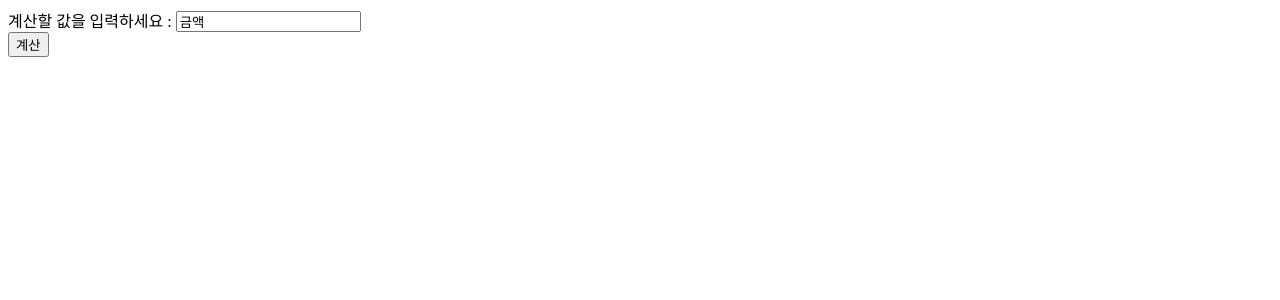
Repository: redi961/JSP_Studying
Page: http://localhost/MustHaveJSP/Exam/Money.jsp
These files come from the project's save history. The page is drawn as it stood at one moment and after the next save; the edit follows.
The browser window is 1280 px wide. The pictures show the whole page.
The page is served by Tomcat 9.

Above is the page before, as saved 2022-10-11 03:23:07.

After the next save:
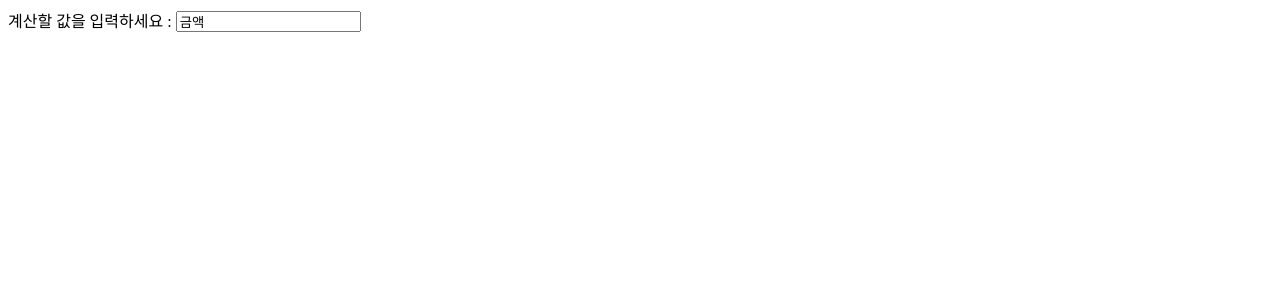
Saved 2 min 24 s later.
--- a/MustHaveJSP/src/main/webapp/Exam/Money.jsp
+++ b/MustHaveJSP/src/main/webapp/Exam/Money.jsp
@@ -10,7 +10,7 @@
 <body>
 	<form action="ResultMoney.jsp" method="post">
 		계산할 값을 입력하세요 : <input type ="text" name="money" value="금액" /> <br/>
-		<input type ="submit" value="계산" />
+
 	</form>
 
 </body>

After the save that followed:
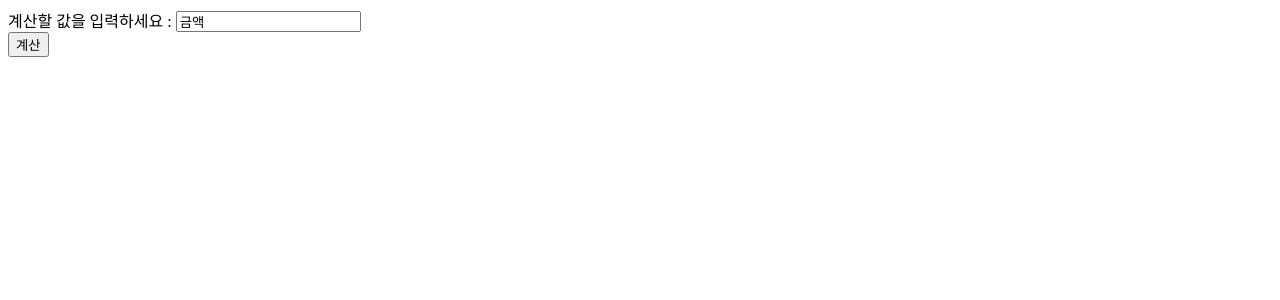
Saved 6 s later.
--- a/MustHaveJSP/src/main/webapp/Exam/Money.jsp
+++ b/MustHaveJSP/src/main/webapp/Exam/Money.jsp
@@ -10,7 +10,7 @@
 <body>
 	<form action="ResultMoney.jsp" method="post">
 		계산할 값을 입력하세요 : <input type ="text" name="money" value="금액" /> <br/>
-
+		<input type ="submit" value="계산" />
 	</form>
 
 </body>
